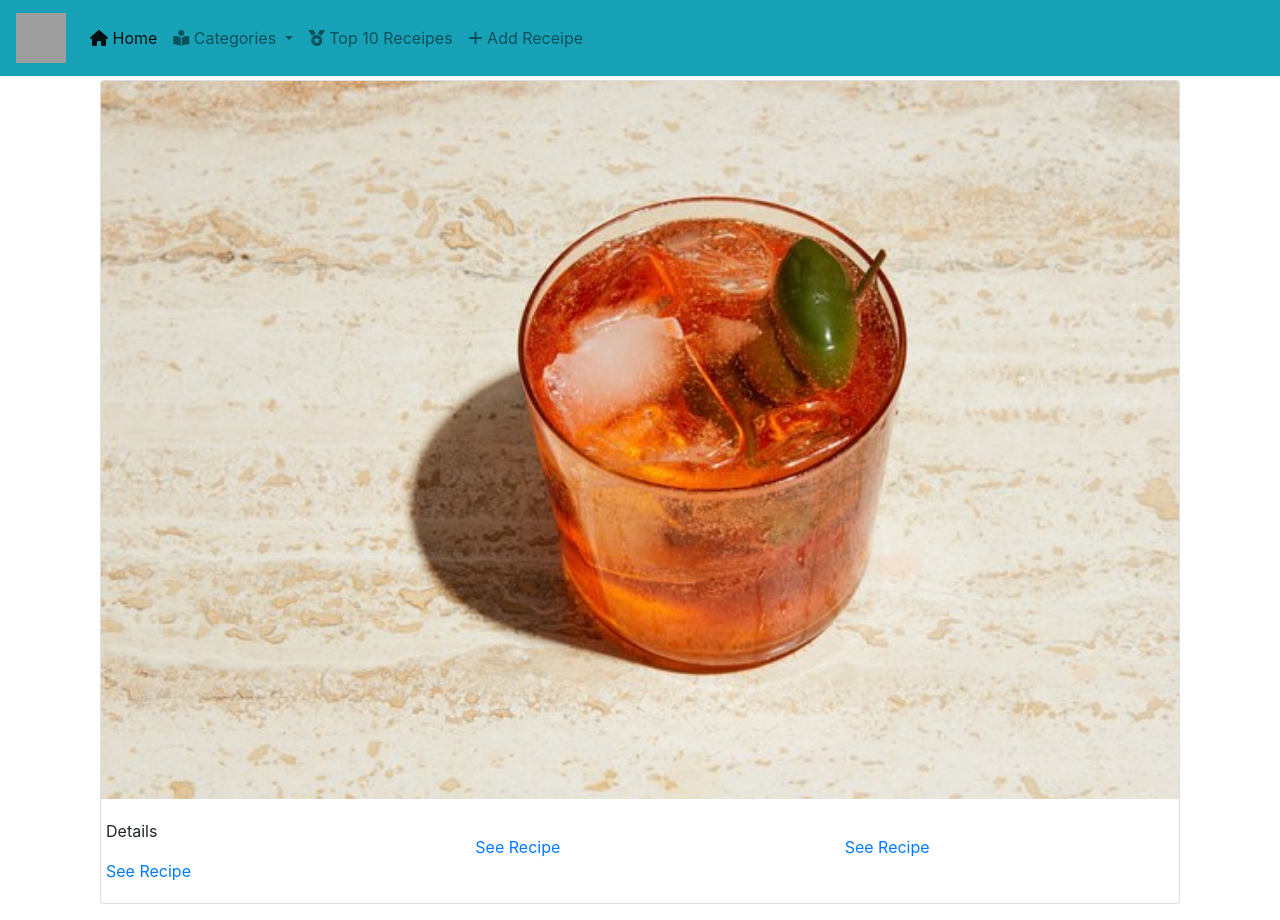
Repository: toderas/Flask-Cook-Book
Page: templates/showrecipe.html
The author's editor kept a record of every edit. The page is drawn from the files as they stood at one moment, then again after the next edit.
The browser window is 1280 px wide. The pictures show the whole page.
Pictures or frames that could not be fetched are drawn as grey boxes. Some web libraries are served in a nearby version. The page is served by the project's application, run on Flask 3 (cookbook.py). The template is opened directly, without the code that normally fills it, so the values that code supplies are empty.

Above is the page before.

After the next edit:
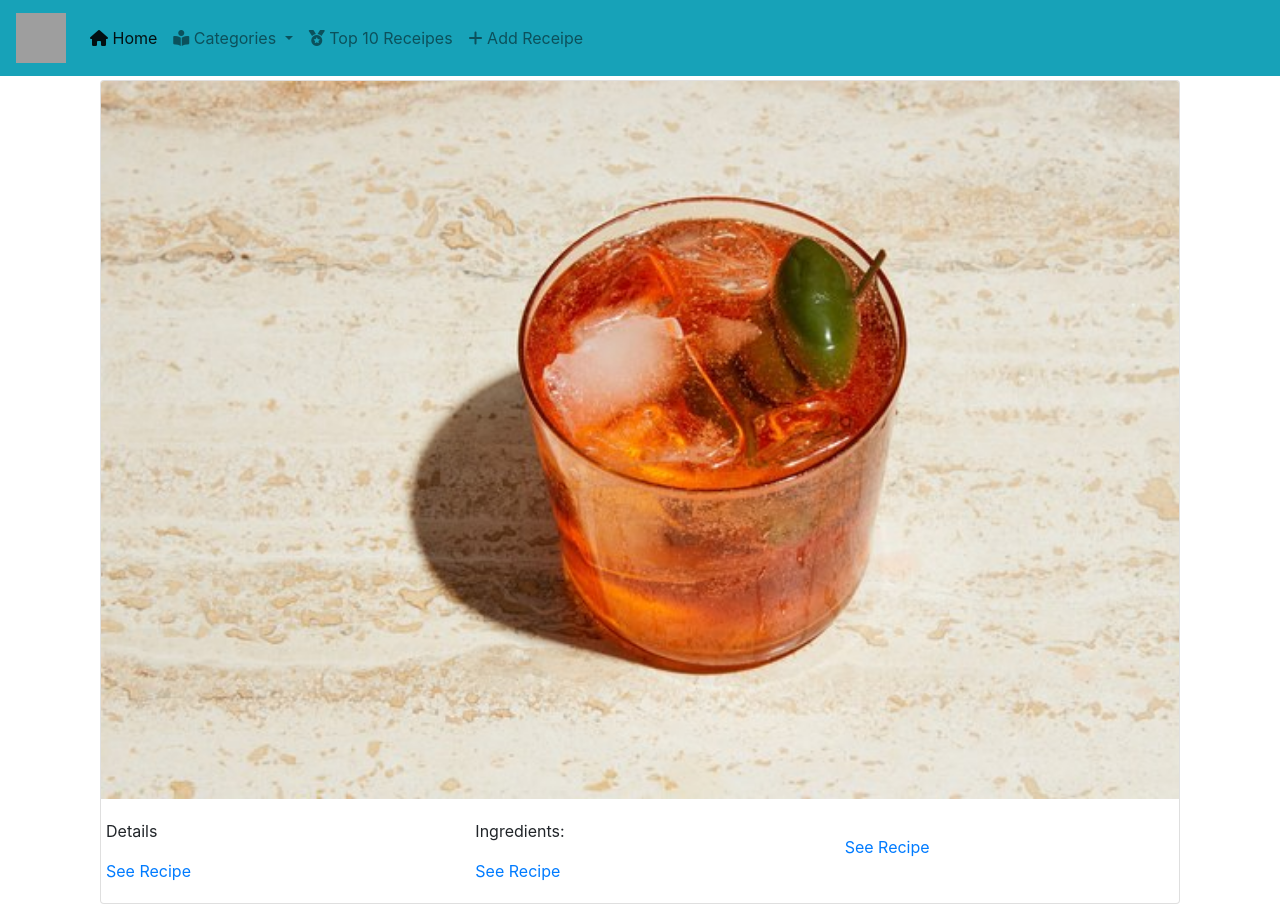
The edit:
--- a/templates/showrecipe.html
+++ b/templates/showrecipe.html
@@ -13,6 +13,7 @@
       <a href="{{url_for('show_recipe', recipe_id=recipe._id)}}">See Recipe</a>
     </div>
     <div class="card-body col-12 col-sm-4">
+      <span>Ingredients:</span>
       <h5 class="card-title">{{recipe.dish_name}}</h5>
       <p class="card-text">{{recipe.dish_author}}</p>
       <p class="card-text"><small class="text-muted">{{recipe.dish_required_skill}}</small></p>
